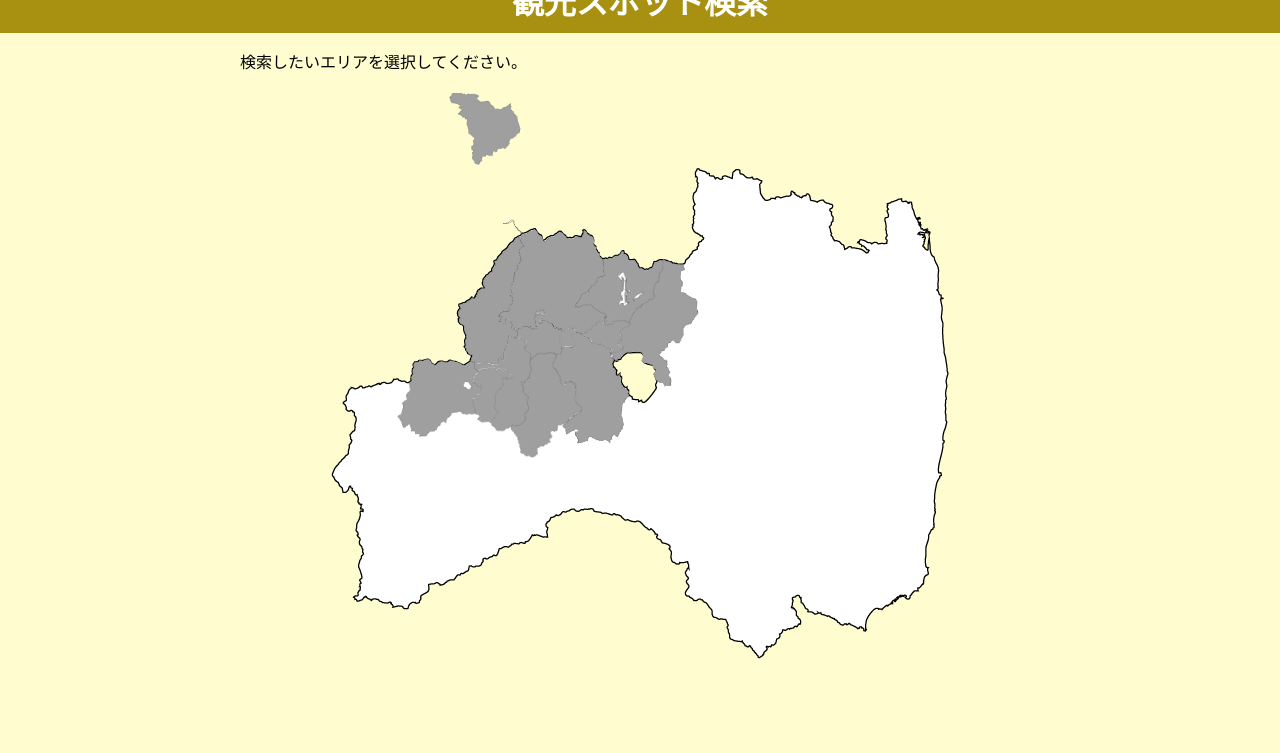
Repository: ryoutana/tanaryou.github.io
Page: Downloads/project/index.html
The author's editor kept a copy of each file at every save. The page is drawn from the files as they stood at one save, then again after a run of saves.
The browser window is 1280 px wide. The pictures show the whole page.

Above is the page before, as saved 2025-04-29 15:06:16.

### Downloads/project/index.html
<!DOCTYPE html>
<html lang="ja">
<head>
    <meta charset="UTF-8">
    <meta name="viewport" content="width=device-width, initial-scale=1.0">
    <title>観光スポット検索</title>
    <link rel="stylesheet" href="styles.css">
</head>
<body>
    <header>
        <h1 id="pageTitle">観光スポット検索</h1>
    </header>
    <main>
        <section id="intro">
            <p id="introText">検索したいエリアを選択してください。</p>
            <div id="mapContainer">
                <img id="introImage" src="福島県白地図.png" alt="福島県の地図">
                <div id="spotContainer"></div>
            </div>
        </section>
    </main>
    <script src="script.js"></script>
</body>
</html>

### Downloads/project/styles.css
/* styles.css */

/* 全体のリセット */
body, html {
    margin: 0;
    padding: 0;
    width: 100%;
    height: 100%;
    box-sizing: border-box;
    background-color: #fffdd0; /* 背景色をクリーム色に設定 */
    display: flex;
    flex-direction: column;
    align-items: center;
    justify-content: center;
    font-family: Arial, sans-serif;
}

/* ヘッダーのスタイル */
header {
    text-align: center;
    background-color: #a89110;
    padding: 10px 0;
    width: 100%;
}

#pageTitle {
    font-size: 2em;
    margin: 0;
    color: #fff;
}

/* 地図全体のコンテナ */
#mapContainer {
    position: relative;
    width: 80%; /* 地図の幅を画面幅に応じて調整 */
    max-width: 800px;
    margin: 20px auto;
    overflow: hidden;
    text-align: center;
}

#introImage {
    width: 100%; /* 地図画像を親要素にフィットさせる */
    height: auto;
    display: block;
    margin: 0 auto;
    z-index: 1;
}

/* スポット画像のコンテナ */
#spotContainer {
    position: absolute;
    top: 0;
    left: 0;
    width: 100%;
    height: 100%;
    z-index: 2;
}

/* スポット画像のスタイル */
.spot-image {
    position: absolute;
    transform: translate(-50%, -50%); /* 中心基準で配置 */
    cursor: pointer;
    transition: filter 0.3s ease;
    filter: brightness(0.8) saturate(0); /* デフォルトで薄い灰色 */
}

.spot-image:hover {
    filter: brightness(1.2) hue-rotate(90deg); /* カーソルが乗ると黄緑 */
}

.spot-image.active {
    filter: brightness(1) hue-rotate(120deg) saturate(2); /* クリックでしっかり緑 */
}

### Downloads/project/script.js
// script.js

// スポットデータ（座標は地図画像内の相対的なピクセル位置）
const spots = [
    { name: '会津坂下町', img: '会津坂下町(白地図).png', x: 275, y: 303, width: 78 },
    { name: '会津若松市', img: '会津若松市(白地図).png', x: 337, y: 368, width: 158 },
    { name: '会津美里町', img: '会津美里町(白地図).png', x: 283, y: 390, width: 149 },
    { name: '喜多方市', img: '喜多方市(白地図).png', x: 291, y: 230, width: 170 },
    { name: '金山町', img: '金山町(白地図).png', x: 150, y: 381, width: 133 },
    { name: '三島町', img: '三島町(白地図).png', x: 216, y: 377, width: 83 },
    { name: '昭和村', img: '昭和村(白地図).png', x: 206, y: 44, width: 115 },
    { name: '西会津町', img: '西会津町(白地図).png', x: 214, y: 260, width: 180 },
    { name: '猪苗代町', img: '猪苗代町(白地図).png', x: 418, y: 288, width: 178 },
    { name: '湯川村', img: '湯川村(白地図).png', x: 309, y: 306, width: 32 },
    { name: '磐梯町', img: '磐梯町(白地図).png', x: 357, y: 304, width: 69 },
    { name: '北塩原村', img: '北塩原村(白地図).png', x: 374, y: 244, width: 123 },
    { name: '柳津町', img: '柳津町(白地図).png', x: 229, y: 363, width: 134 }
];

// スポットを動的に生成
function generateSpots() {
    const spotContainer = document.getElementById('spotContainer');
    const mapContainer = document.getElementById('mapContainer');

    if (!spotContainer || !mapContainer) {
        console.error('Error: 必要な要素が見つかりません。');
        return;
    }

    const mapWidth = mapContainer.offsetWidth; // 地図の幅
    const mapHeight = mapContainer.offsetHeight; // 地図の高さ

    spots.forEach(spot => {
        const img = document.createElement('img');
        img.src = spot.img;
        img.alt = spot.name;
        img.style.width = `${(spot.width / 800) * mapWidth}px`; // 幅を地図のサイズに比例させる
        img.style.left = `${(spot.x / 800) * mapWidth}px`; // x座標を地図のサイズに比例させる
        img.style.top = `${(spot.y / 800) * mapHeight}px`; // y座標を地図のサイズに比例させる
        img.classList.add('spot-image');

        // クリックイベントで色を変更
        img.addEventListener('click', () => {
            if (img.classList.contains('active')) {
                img.classList.remove('active'); // 緑から灰色に戻す
            } else {
                img.classList.add('active'); // 緑にする
            }
        });

        spotContainer.appendChild(img);
    });
}

// 初期化処理
function init() {
    generateSpots();
    console.log('スポット画像の生成が完了しました。');
}

// ページ読み込み時に初期化
window.onload = init;

After the next 2 saves:
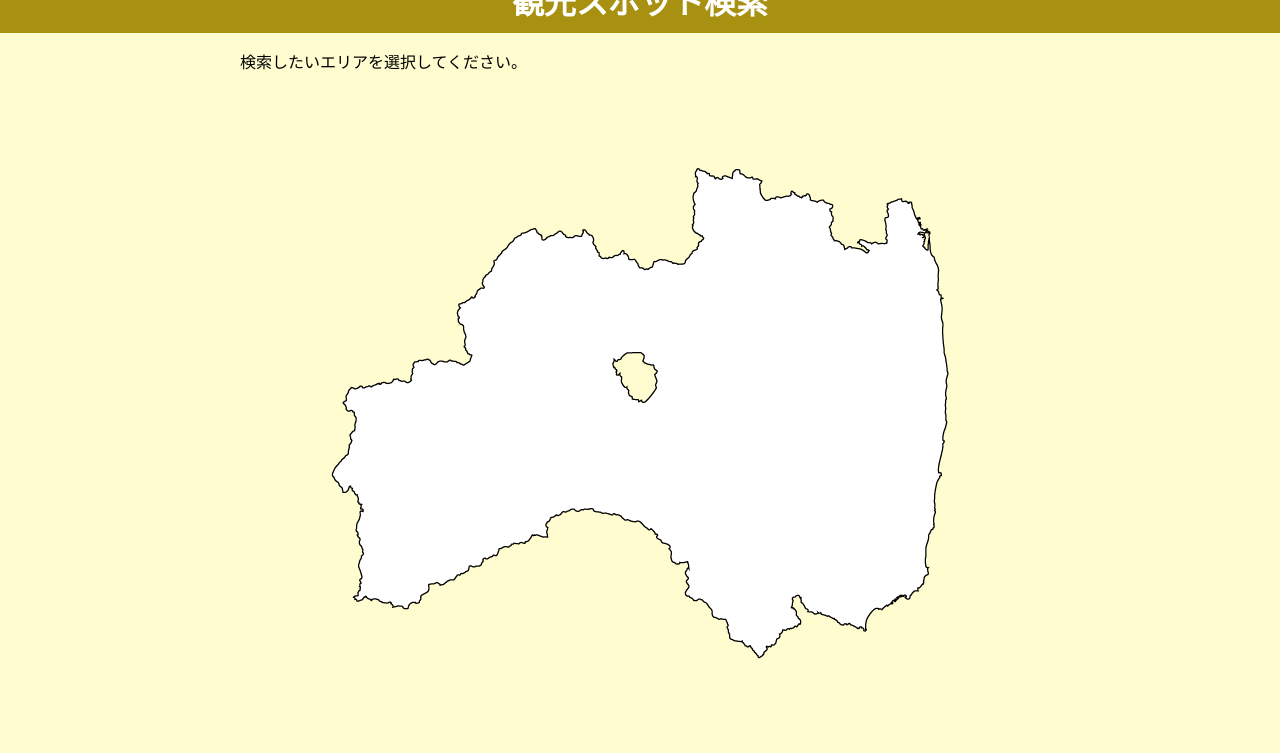
The 2 saves are shown as one change because they came seconds apart.
The last was saved 5 s later.
--- a/Downloads/project/script.js
+++ b/Downloads/project/script.js
@@ -1,54 +1,56 @@
 // script.js
 
-// スポットデータ（座標は地図画像内の相対的なピクセル位置）
+// スポットデータ（IDと名前の対応）
 const spots = [
-    { name: '会津坂下町', img: '会津坂下町(白地図).png', x: 275, y: 303, width: 78 },
-    { name: '会津若松市', img: '会津若松市(白地図).png', x: 337, y: 368, width: 158 },
-    { name: '会津美里町', img: '会津美里町(白地図).png', x: 283, y: 390, width: 149 },
-    { name: '喜多方市', img: '喜多方市(白地図).png', x: 291, y: 230, width: 170 },
-    { name: '金山町', img: '金山町(白地図).png', x: 150, y: 381, width: 133 },
-    { name: '三島町', img: '三島町(白地図).png', x: 216, y: 377, width: 83 },
-    { name: '昭和村', img: '昭和村(白地図).png', x: 206, y: 44, width: 115 },
-    { name: '西会津町', img: '西会津町(白地図).png', x: 214, y: 260, width: 180 },
-    { name: '猪苗代町', img: '猪苗代町(白地図).png', x: 418, y: 288, width: 178 },
-    { name: '湯川村', img: '湯川村(白地図).png', x: 309, y: 306, width: 32 },
-    { name: '磐梯町', img: '磐梯町(白地図).png', x: 357, y: 304, width: 69 },
-    { name: '北塩原村', img: '北塩原村(白地図).png', x: 374, y: 244, width: 123 },
-    { name: '柳津町', img: '柳津町(白地図).png', x: 229, y: 363, width: 134 }
+    { id: 'aizubange', name: '会津坂下町' },
+    { id: 'aizuwakamatsu', name: '会津若松市' },
+    { id: 'aizumisato', name: '会津美里町' },
+    { id: 'kitakata', name: '喜多方市' },
+    { id: 'kaneyama', name: '金山町' },
+    { id: 'mishima', name: '三島町' },
+    { id: 'showa', name: '昭和村' },
+    { id: 'nishiaizu', name: '西会津町' },
+    { id: 'inawashiro', name: '猪苗代町' },
+    { id: 'yugawa', name: '湯川村' },
+    { id: 'bandai', name: '磐梯町' },
+    { id: 'kitashiobara', name: '北塩原村' },
+    { id: 'yanaizu', name: '柳津町' }
 ];
 
 // スポットを動的に生成
 function generateSpots() {
-    const spotContainer = document.getElementById('spotContainer');
-    const mapContainer = document.getElementById('mapContainer');
+    spots.forEach(spot => {
+        const path = document.getElementById(spot.id);
 
-    if (!spotContainer || !mapContainer) {
-        console.error('Error: 必要な要素が見つかりません。');
-        return;
-    }
+        if (!path) {
+            console.error(`Error: ID "${spot.id}" に対応する要素が見つかりません。`);
+            return;
+        }
 
-    const mapWidth = mapContainer.offsetWidth; // 地図の幅
-    const mapHeight = mapContainer.offsetHeight; // 地図の高さ
-
-    spots.forEach(spot => {
-        const img = document.createElement('img');
-        img.src = spot.img;
-        img.alt = spot.name;
-        img.style.width = `${(spot.width / 800) * mapWidth}px`; // 幅を地図のサイズに比例させる
-        img.style.left = `${(spot.x / 800) * mapWidth}px`; // x座標を地図のサイズに比例させる
-        img.style.top = `${(spot.y / 800) * mapHeight}px`; // y座標を地図のサイズに比例させる
-        img.classList.add('spot-image');
-
-        // クリックイベントで色を変更
-        img.addEventListener('click', () => {
-            if (img.classList.contains('active')) {
-                img.classList.remove('active'); // 緑から灰色に戻す
-            } else {
-                img.classList.add('active'); // 緑にする
+        // カーソルが乗ったときの色変更
+        path.addEventListener('mouseover', () => {
+            if (!path.classList.contains('active')) {
+                path.setAttribute('fill', 'rgba(144, 238, 144, 0.5)'); // 黄緑
             }
         });
 
-        spotContainer.appendChild(img);
+        // カーソルが外れたときの色変更
+        path.addEventListener('mouseout', () => {
+            if (!path.classList.contains('active')) {
+                path.setAttribute('fill', 'rgba(200, 200, 200, 0.5)'); // 元の薄い灰色に戻す
+            }
+        });
+
+        // クリックイベント
+        path.addEventListener('click', () => {
+            if (path.classList.contains('active')) {
+                path.classList.remove('active');
+                path.setAttribute('fill', 'rgba(200, 200, 200, 0.5)'); // 元の薄い灰色に戻す
+            } else {
+                path.classList.add('active');
+                path.setAttribute('fill', 'green'); // 緑
+            }
+        });
     });
 }
 
